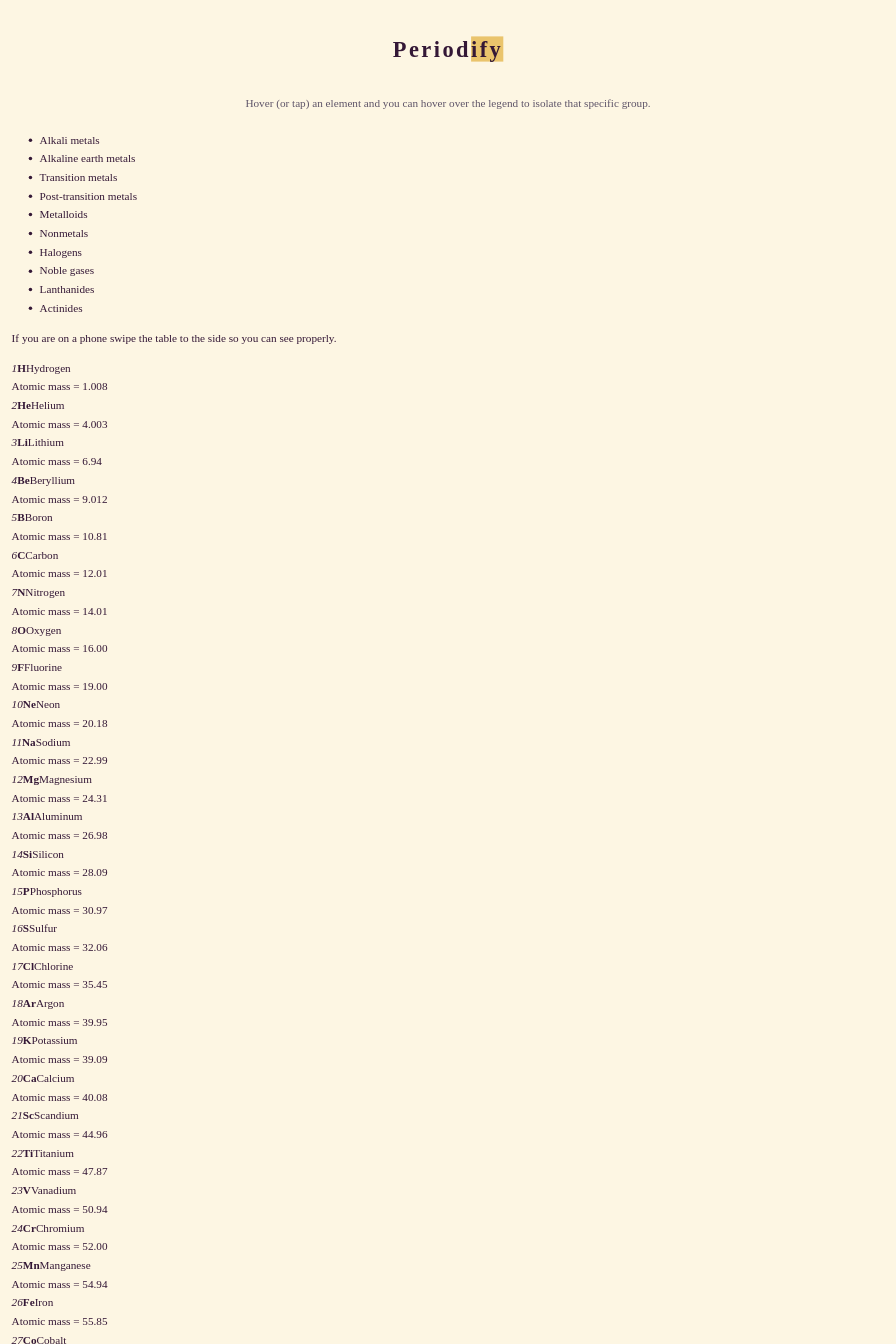
Repository: manayparikh1/Periodify
Page: index.html
The author's editor kept a copy of each file at every save. The page is drawn from the files as they stood at one save, then again after the next save.
The browser window is 1280 px wide. The pictures show the part of the page from y = 0 to 1920 px (the page is 6867 px tall before and 1728 px after), at 70% of full size.

Above is the page before, as saved 2026-10-18 17:54:40.

After the next save:
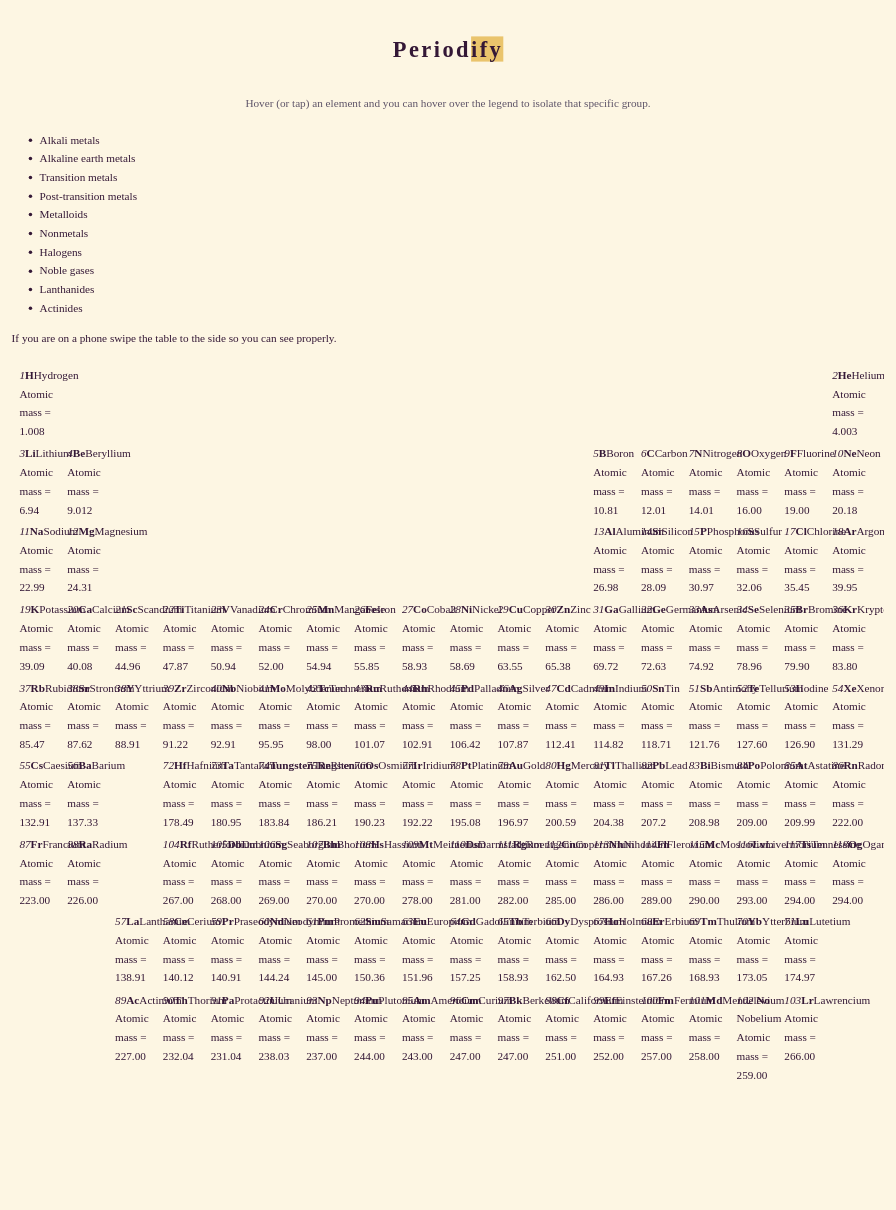
Saved 19 h 59 min later.
--- a/index.html
+++ b/index.html
@@ -228,3 +228,24 @@
         }
 
         /* -- the periodic table part -- */
+        .scroll {
+            overflow-x: auto;
+            padding: 11.5px 11px 130px;
+        }
+
+        .table {
+            display: grid;
+            grid-template-columns: repeat(18, minmax(54px, 1fr));
+            gap: 4.6px;
+            min-width: 1060px;
+            max-width: 1414px;
+            margin: 0 auto;
+        }
+
+        .gap {
+            grid-column: span var(--n);
+        }
+
+        .gap.row {
+            height: 14px;
+        }
